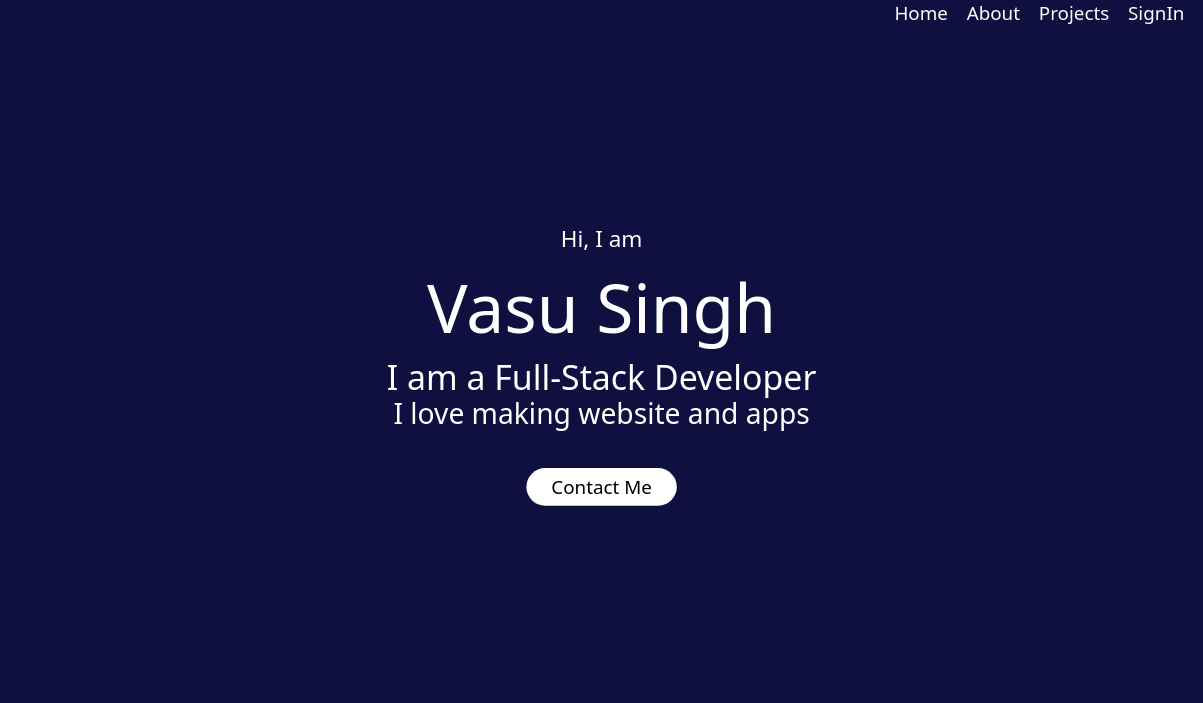
Repository: vasucp1207/vasuDev
Page: /
The author's editor kept a copy of each file at every save. The page is drawn from the files as they stood at one save, then again after the next save.
The browser window is 1280 px wide. The pictures show the whole page, at 94% of full size.
The project was rebuilt for these pictures with package versions that can differ from the ones it lists, and the page was loaded fresh each time. The framework's server and built-in components were replaced by stand-ins that run in the browser. Also part of the build but not shown: next.config.js.

Above is the page before, as saved 2022-07-17 23:11:04.

### pages/index.tsx
import type { NextPage } from 'next'
import Head from 'next/head'
import Hero from './Hero'
import Navbar from './Navbar'

const Home: NextPage = () => {
  return (
    <div className="p-0 m-0 bg-darkB text-white">
      <Head>
        <title>Create Next App</title>
      </Head>

      <Navbar />
      <Hero />
    </div>
  )
}

export default Home

### pages/Hero.tsx
import React from 'react'

function Hero() {
  return (
    <div className='h-screen bg-darkB'>
        <div className='text-white flex flex-col justify-center items-center h-screen'>
            <p className='text-2xl'>Hi, I am</p>
            <h1 className='mt-5 text-7xl'>Vasu Singh</h1>
            <h3 className='mt-5 text-4xl'>I am a Full-Stack Developer</h3>
            <h4 className='text-3xl'>I love making website and apps</h4>
            <button className='hover:text-white transition-all 200 hover:bg-green-400 mt-10 bg-white text-black h-10 w-40 outline-none rounded-full text-xl'>Contact Me</button>
        </div>
    </div>
  )
}

export default Hero

### pages/Navbar.tsx
import React from 'react'

function Navbar() {
  return (
    <div className='h-50 bg-transparent flex justify-end items-center'>
        <div className='flex space-x-5 text-xl font-normal mr-5'>
            <p>Home</p>
            <p>About</p>
            <p>Projects</p>
            <p>SignIn</p>
        </div>
    </div>
  )
}

export default Navbar

### tailwind.config.js
/** @type {import('tailwindcss').Config} */
module.exports = {
  content: [
    './pages/**/*.{js,ts,jsx,tsx}',
    './components/**/*.{js,ts,jsx,tsx}',
  ],
  theme: {
    extend: {
      colors: {
        darkB: 'rgba(15, 16, 63, 1)'
      }
    },
  },
  plugins: [],
}

Loaded but not shown: pages/_app.tsx (common file); styles/globals.css (common file)

After the next save:
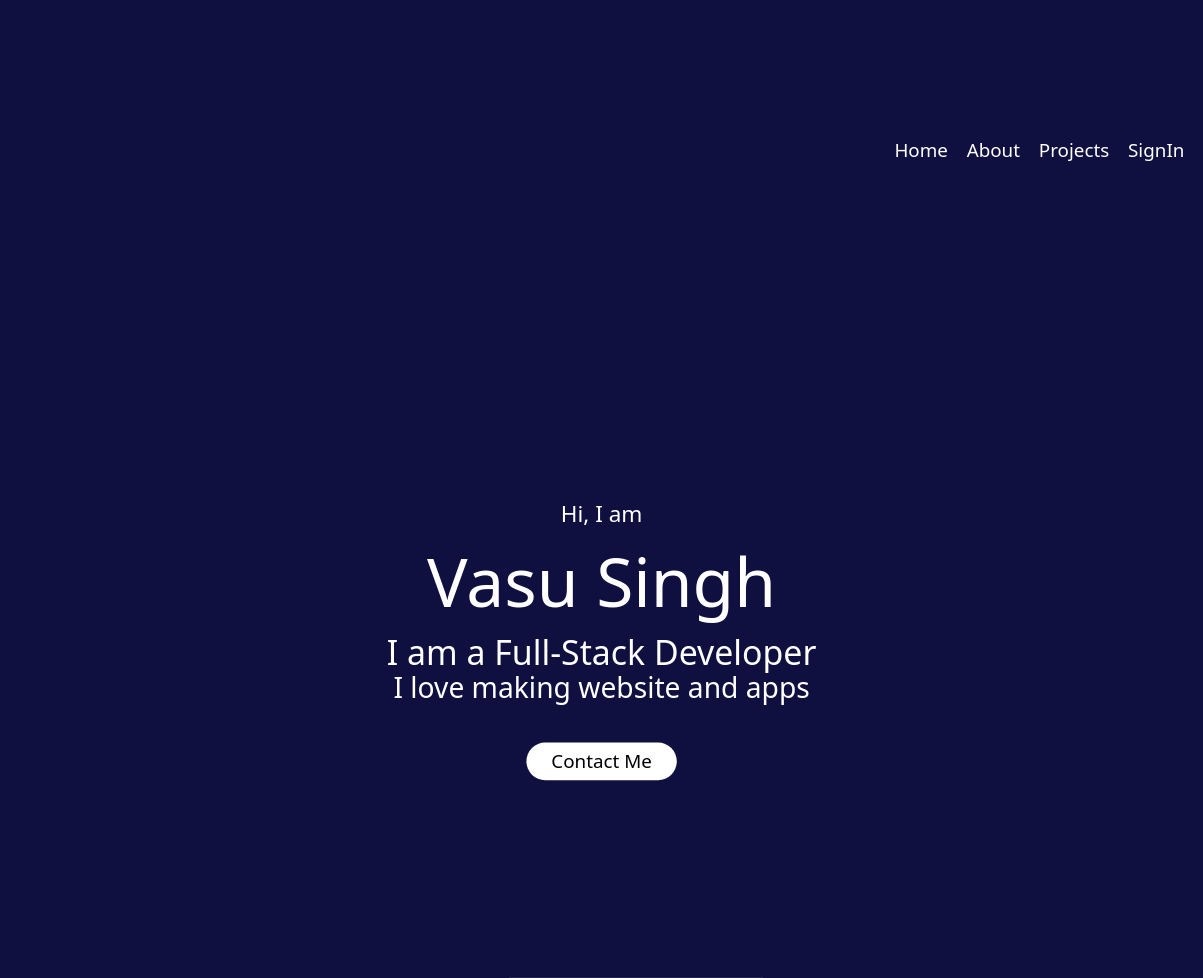
Saved 4 s later.
--- a/pages/Navbar.tsx
+++ b/pages/Navbar.tsx
@@ -2,7 +2,7 @@ import React from 'react'
 
 function Navbar() {
   return (
-    <div className='h-50 bg-transparent flex justify-end items-center'>
+    <div className='h-80 bg-transparent flex justify-end items-center'>
         <div className='flex space-x-5 text-xl font-normal mr-5'>
             <p>Home</p>
             <p>About</p>
